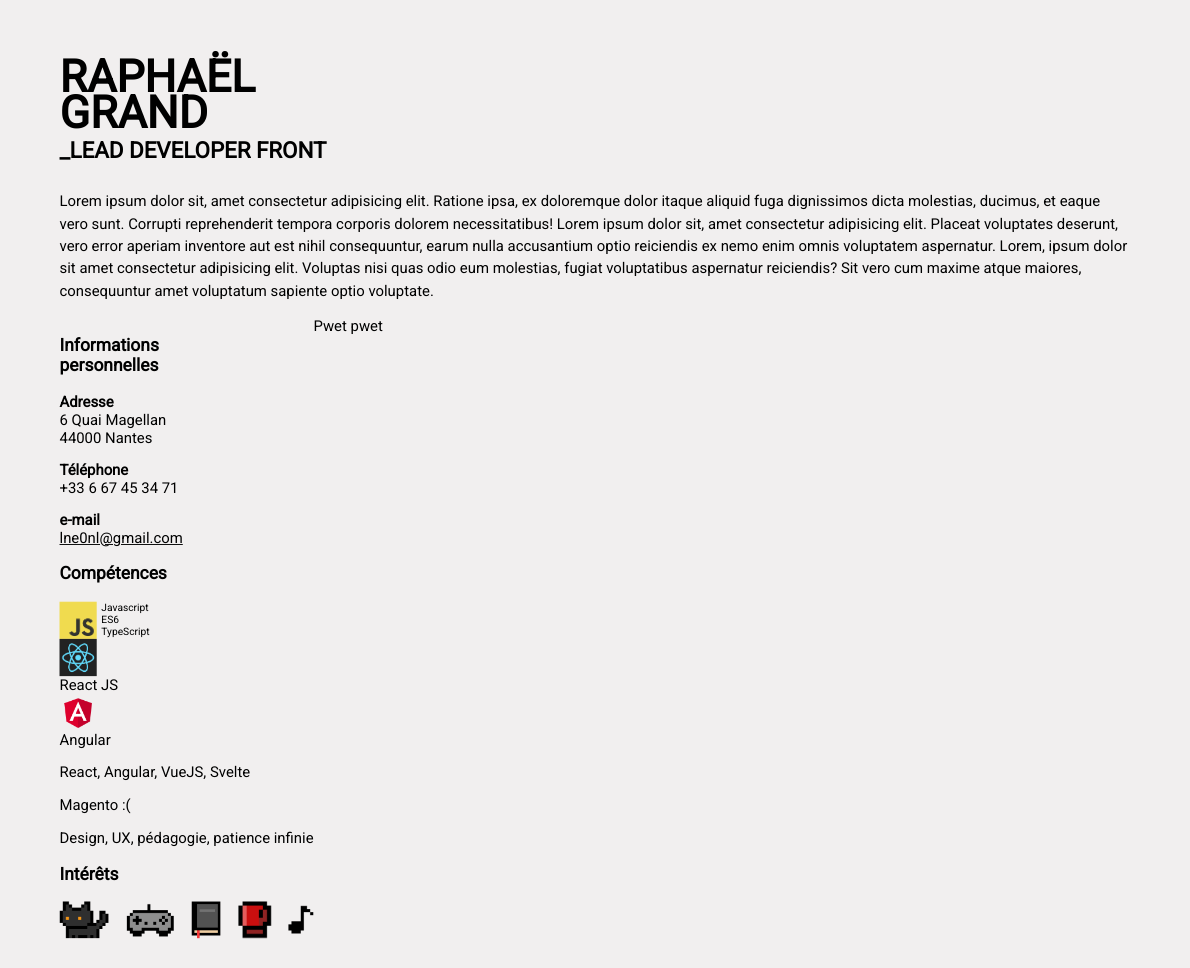
Repository: lne0nl/resume
Page: index.html
An editor plug-in stored every save of this project. The page is shown before and after a run of saves, followed by the edit.
The browser window is 1280 px wide. The pictures show the whole page, at 93% of full size.

Above is the page before, as saved 2021-12-10 11:26:53.

After the next 2 saves:
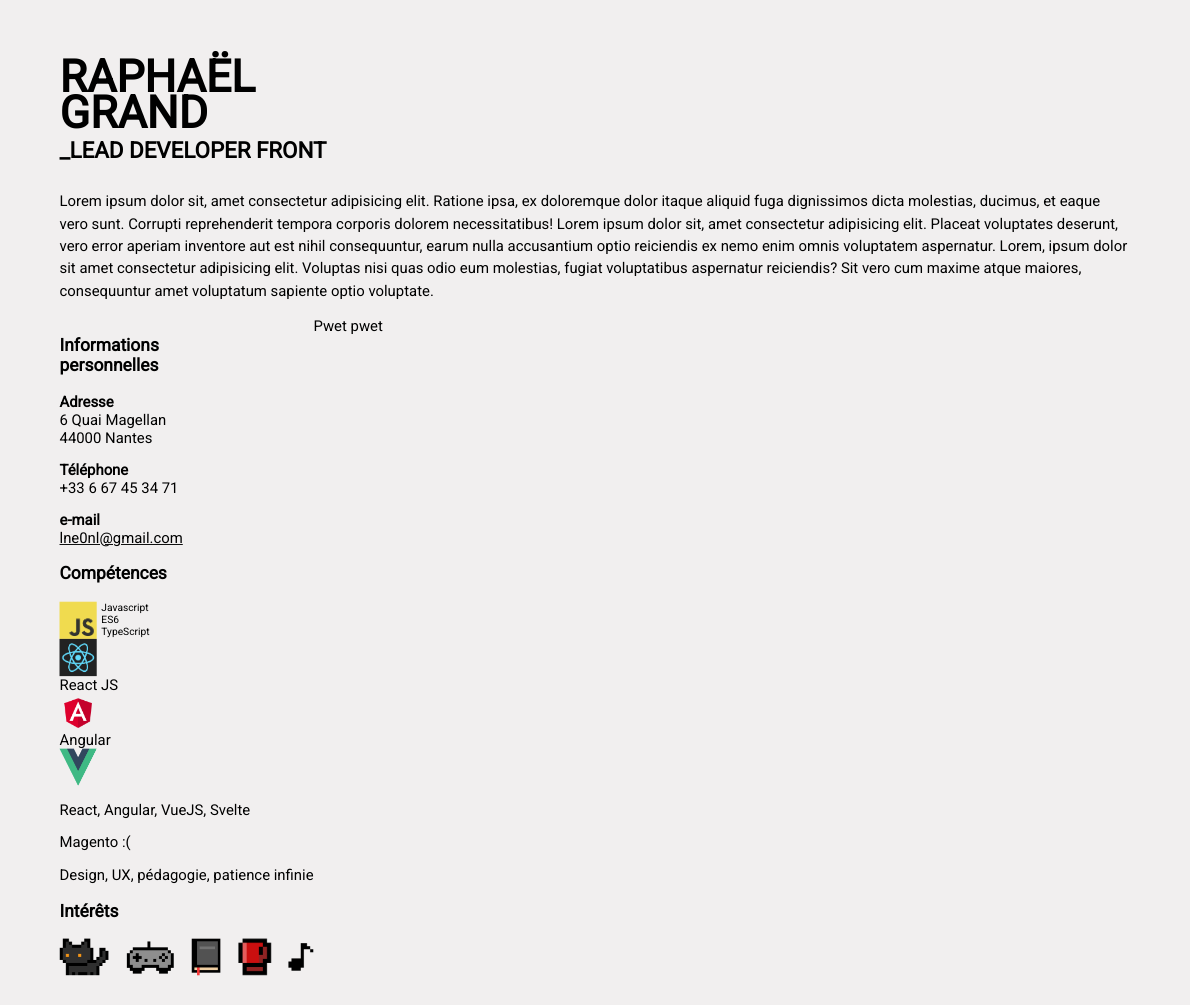
The 2 saves are shown as one change because they came seconds apart.
The last was saved 50 s later.
--- a/index.html
+++ b/index.html
@@ -61,6 +61,7 @@
             React JS
             <img class="logo" src="images/angular.png" alt="Angular" title="Angular">
             Angular
+            <img class="logo" src="images/vue.png" alt="Vue.hs"
           </div>
           <ul>
             <li>
